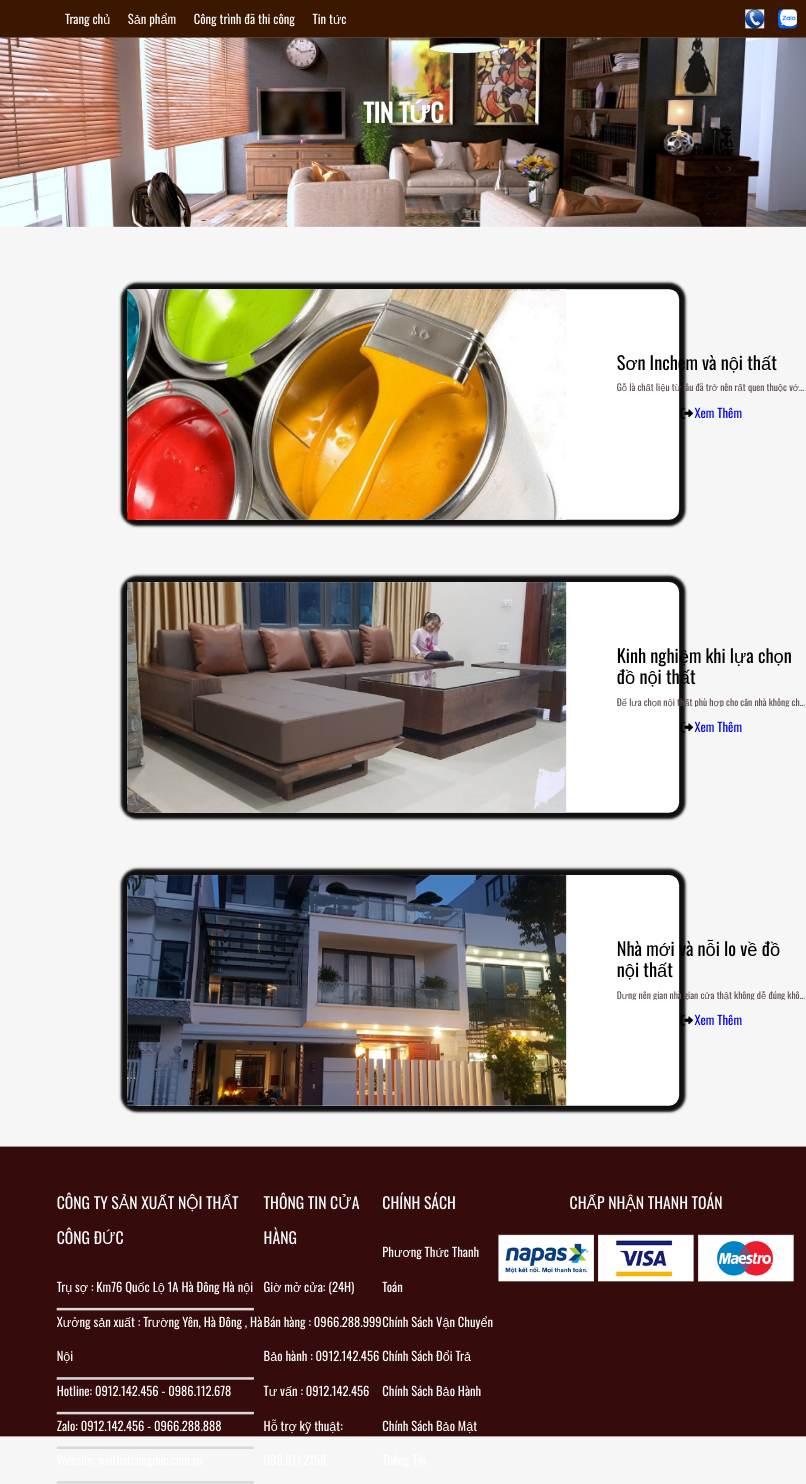
Repository: KHANHD192/FigmaTo-HTML
Page: APP-SHOP/tintuc.html
The author's editor kept a copy of each file at every save. The page is drawn from the files as they stood at one save, then again after the next save.
The browser window is 1280 px wide. The pictures show the whole page, at 63% of full size.

Above is the page before, as saved 2022-11-22 15:07:44.

After the next save:
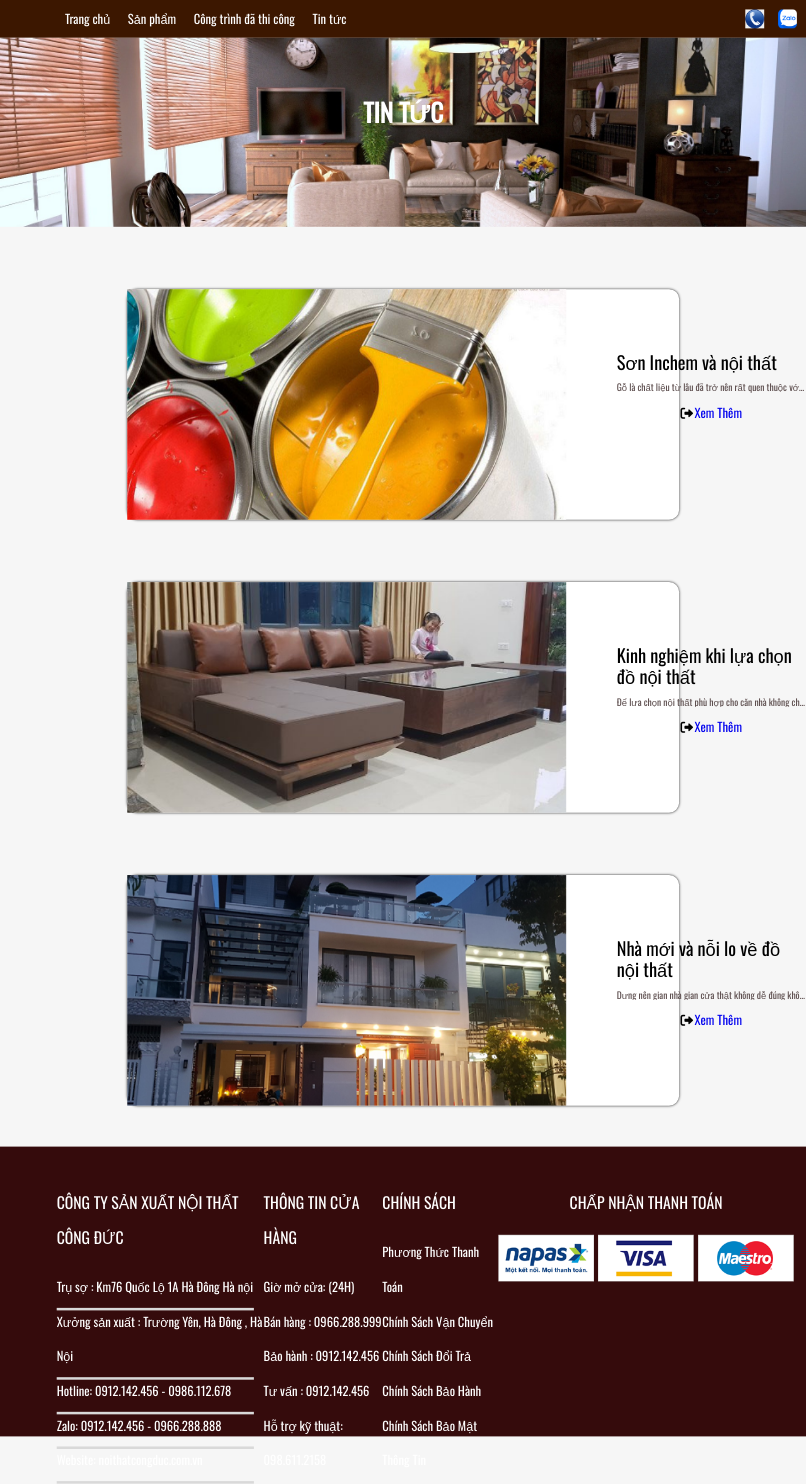
Saved 9 s later.
--- a/APP-SHOP/tintuc.html
+++ b/APP-SHOP/tintuc.html
@@ -36,7 +36,7 @@
             margin:99px 202px 20px 202px;
             margin-bottom:65px;
             border-radius: 16px;
-            box-shadow: 0 0 4px 10px rgba(0, 0, 0, 0.942);
+            box-shadow: 0 0 4px 0px rgba(0, 0, 0, 0.942);
          }
          .container__image{
             max-width: 400px;
